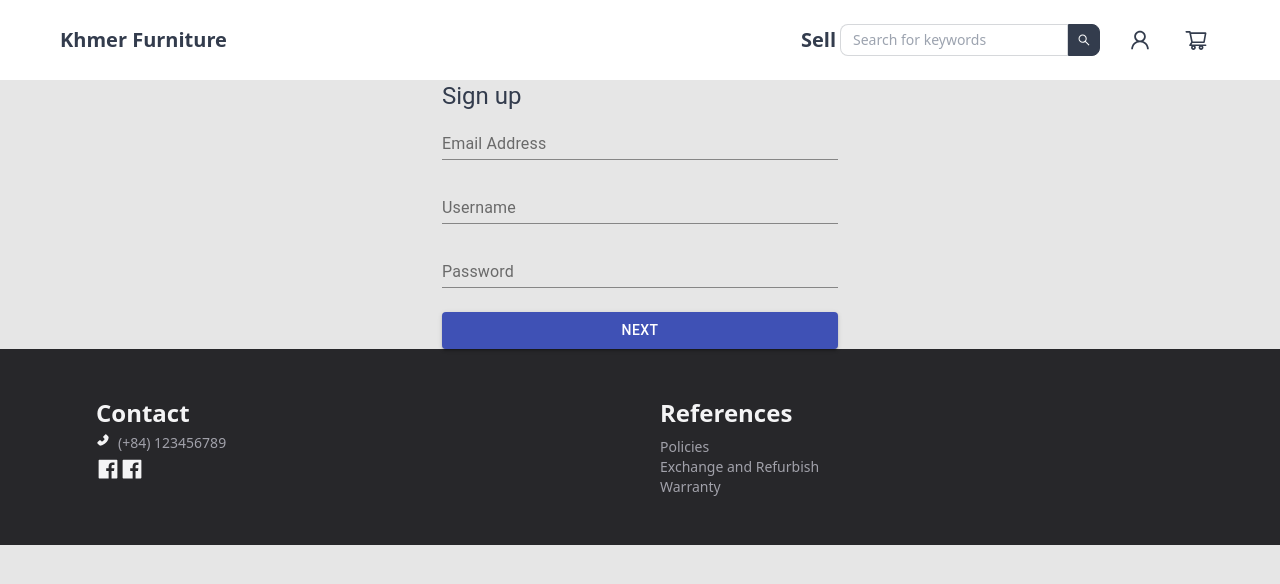
Repository: PlayerNguyen/dotot-shop
Page: /sell (app in client/)
An editor plug-in stored every save of this project. The page is shown before and after the next save, followed by the edit.
The browser window is 1280 px wide. The pictures show the whole page.
The project was rebuilt for these pictures with package versions that can differ from the ones it lists, and the page was loaded fresh each time. Also part of the build but not shown: client/src/components/NoMatch/NoMatch.jsx, client/src/components/Sell/PersonalDetails.js, client/src/components/Sell/Confirmation.js, client/src/components/Sell/Success.js.

Above is the page before, as saved 2022-12-05 02:44:20.

After the next save:
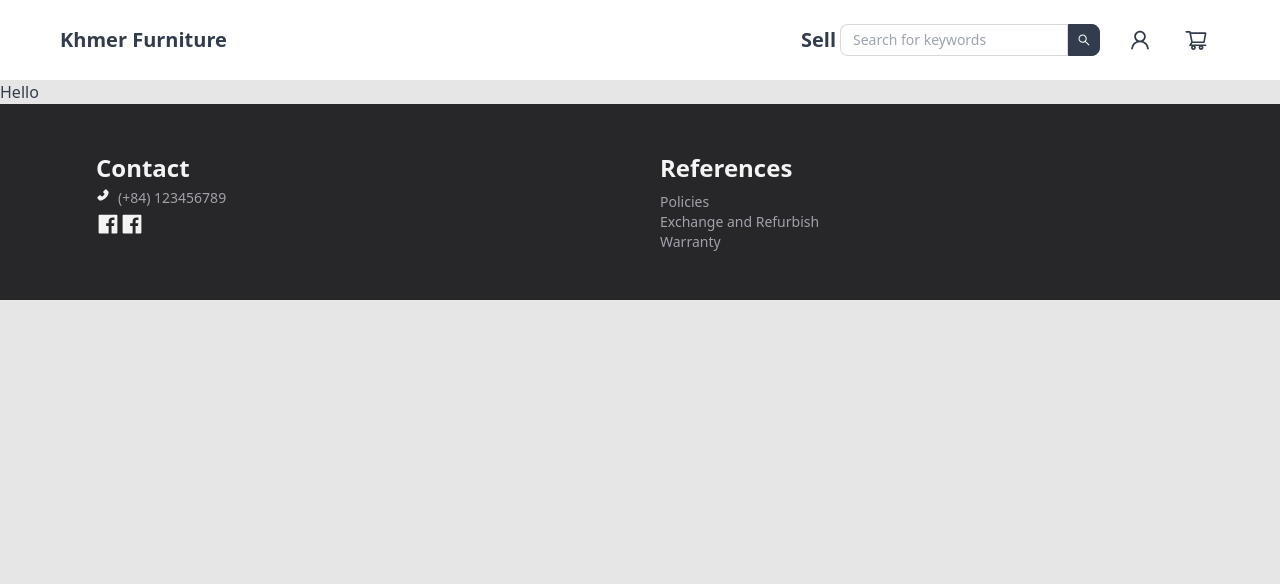
Saved 10 h 35 min later.
--- a/client/src/components/Sell/Sell.jsx
+++ b/client/src/components/Sell/Sell.jsx
@@ -3,6 +3,6 @@ import Signup from "./Signup";
 
 export default function Sell() {
   return(
-    <Signup/>
+    <div> Hello </div>
   );
 }
